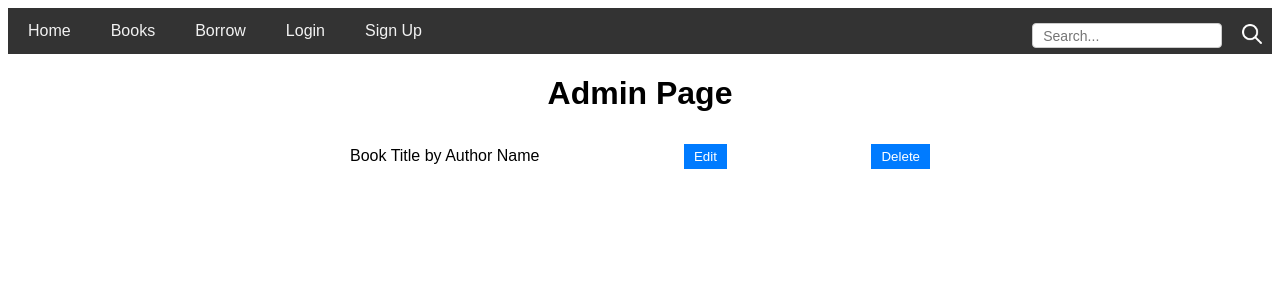
Repository: fadyesk12/Web-Technology-Course-Project
Page: auth/admin.html
An editor plug-in stored every save of this project. The page is shown before and after a run of saves, followed by the edit.
The browser window is 1280 px wide. The pictures show the whole page.

Above is the page before, as saved 2024-04-20 09:26:41.

After the next 2 saves:
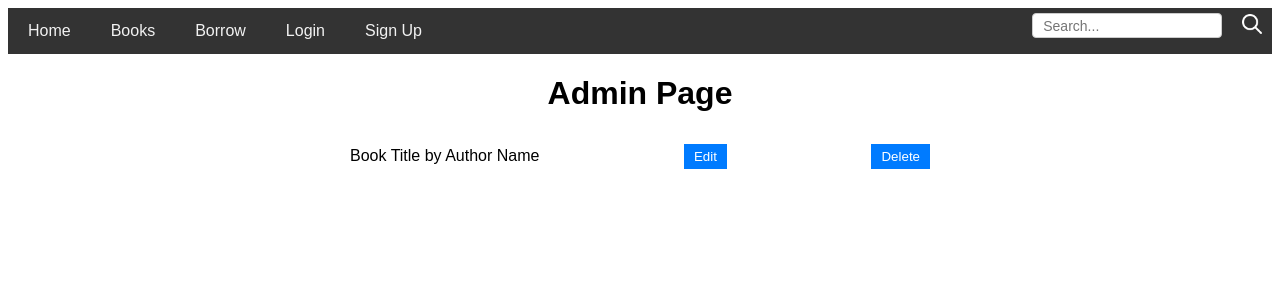
The 2 saves are shown as one change because they came seconds apart.
The last was saved 5 s later.
--- a/Styling/admin.css
+++ b/Styling/admin.css
@@ -43,9 +43,6 @@
     text-align: center;
 }
 
-form {
-    margin-top: 10px;
-}
 
 
 input[type="text"],
